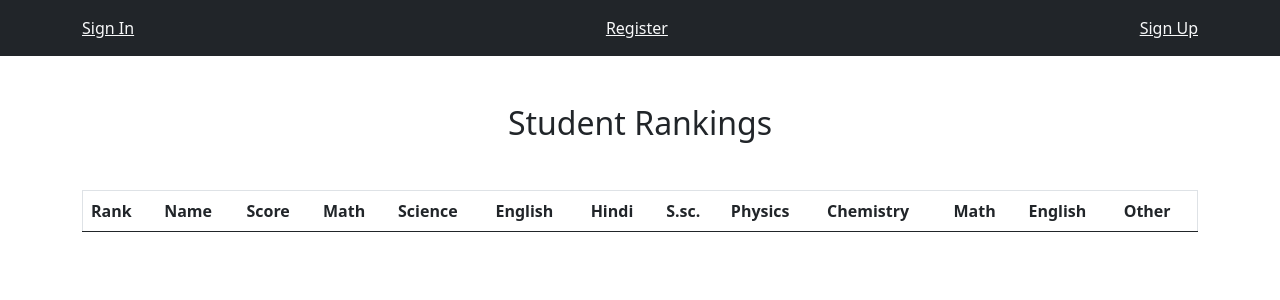
Repository: akankshaajoshi/student-counselling-application
Page: templates/registration/rankings.html
These files come from the project's save history. The page is drawn as it stood at one moment and after the next save; the edit follows.
The browser window is 1280 px wide. The pictures show the whole page.
The template is drawn by Django 3.2. The application's start-up code is not run. Other server files are loaded and not shown. The template is opened directly, without the code that normally fills it, so the values that code supplies are empty.

Above is the page before, as saved 2024-04-25 13:40:07.

### templates/registration/rankings.html
{% extends 'account/base.html' %} {% block content %}
<style>
  .table-striped tbody tr:nth-of-type(odd) {
    background-color: #edf2fb;
  }
  .table {
    border: 1px solid #dee2e6;
  }
</style>

<div class="container mt-5">
  <h2 class="text-center mb-5">Student Rankings</h2>
  <table class="table table-striped">
    <thead class="thead-dark">
      <tr>
        <th scope="col">Rank</th>
        <th scope="col">Name</th>
        <th scope="col">Score</th>
        <th scope="col">Math</th>
        <th scope="col">Science</th>
        <th scope="col">English</th>
        <th scope="col">Hindi</th>
        <th scope="col">S.sc.</th>
        <th scope="col">Physics</th>
        <th scope="col">Chemistry</th>
        <th scope="col">Math</th>
        <th scope="col">English</th>
        <th scope="col">Other</th>
      </tr>
    </thead>
    <tbody>
      {% for student in students %}
      <tr>
        <td>{{ student.rank }}</td>
        <td>{{ student.first_name }} {{ student.last_name }}</td>
        <td>{{ student.total_score }}</td>
        <td>{{ student.tenthgrade_math }}</td>
        <td>{{ student.tenthgrade_science }}</td>
        <td>{{ student.tenthgrade_english }}</td>
        <td>{{ student.tenthgrade_hindi }}</td>
        <td>{{ student.tenthgrade_social_science }}</td>
        <td>{{ student.twelfthgrade_physics }}</td>
        <td>{{ student.twelfthgrade_chemistry }}</td>
        <td>{{ student.twelfthgrade_math }}</td>
        <td>{{ student.twelfthgrade_english }}</td>
        <td>{{ student.twelfthgrade_other }}</td>
      </tr>
      {% endfor %}
    </tbody>
  </table>
</div>
{% endblock %}

### templates/account/base.html
<!DOCTYPE html>
<html>
  <head>
    <title>{% block head_title %}{% endblock %}</title>
    <link
      href="https://cdn.jsdelivr.net/npm/bootstrap@5.0.1/dist/css/bootstrap.min.css"
      rel="stylesheet"
      integrity="sha384-+0n0xVW2eSR5OomGNYDnhzAbDsOXxcvSN1TPprVMTNDbiYZCxYbOOl7+AMvyTG2x"
      crossorigin="anonymous"
    />
    <style>
      .form-group {
        margin-top: 10px;
      }
    </style>
    {% block extra_head %} {% endblock %}
  </head>
  <body>
    {% block body %} {% if messages %}
    <div class="p-2">
      {% for message in messages %}
      <div class="text-center border-bottom">{{message}}</div>
      {% endfor %}
    </div>
    {% endif %}

    <div class="p-3 mb-3 bg-dark">
      <div class="container d-flex justify-content-between">
        {% if user.is_authenticated %}
        <!-- <div><a class="text-light" href="{% url 'account_email' %}">Change E-mail</a></div> -->
        <div><a class="text-light" href="{% url 'student' %}">Student</a></div>
        <div><a class="text-light" href="{% url 'student_registration' %}">Register</a></div>
        <div><a class="text-light" href="{% url 'student_rankings' %}">Rankings</a></div>
        <div><a class="text-light" href="{% url 'account_logout' %}">Sign Out</a></div>
        {% else %}
        <div><a class="text-light" href="{% url 'account_login' %}">Sign In</a></div>
        <div><a class="text-light" href="{% url 'student_registration' %}">Register</a></div>
        <div><a class="text-light" href="{% url 'account_signup' %}">Sign Up</a></div>
        {% endif %}
      </div>
    </div>
    {% block content %} {% endblock %} {% endblock %} {% block extra_body %} {% endblock %}

    <script
      src="https://cdn.jsdelivr.net/npm/bootstrap@5.0.1/dist/js/bootstrap.bundle.min.js"
      integrity="sha384-gtEjrD/SeCtmISkJkNUaaKMoLD0//ElJ19smozuHV6z3Iehds+3Ulb9Bn9Plx0x4"
      crossorigin="anonymous"
    ></script>
  </body>
</html>

After the next save:
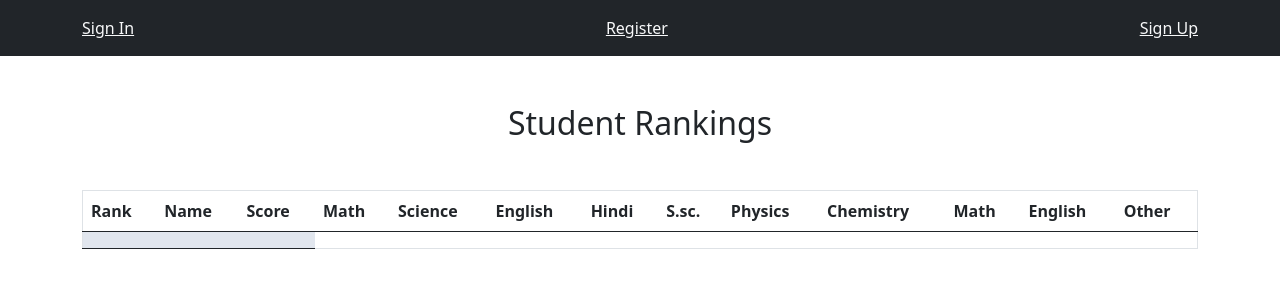
Saved 39 s later.
--- a/templates/registration/rankings.html
+++ b/templates/registration/rankings.html
@@ -28,6 +28,9 @@
         <th scope="col">Other</th>
       </tr>
     </thead>
+    <tr>
+      <td colspan="3"></td>
+    </tr>
     <tbody>
       {% for student in students %}
       <tr>
